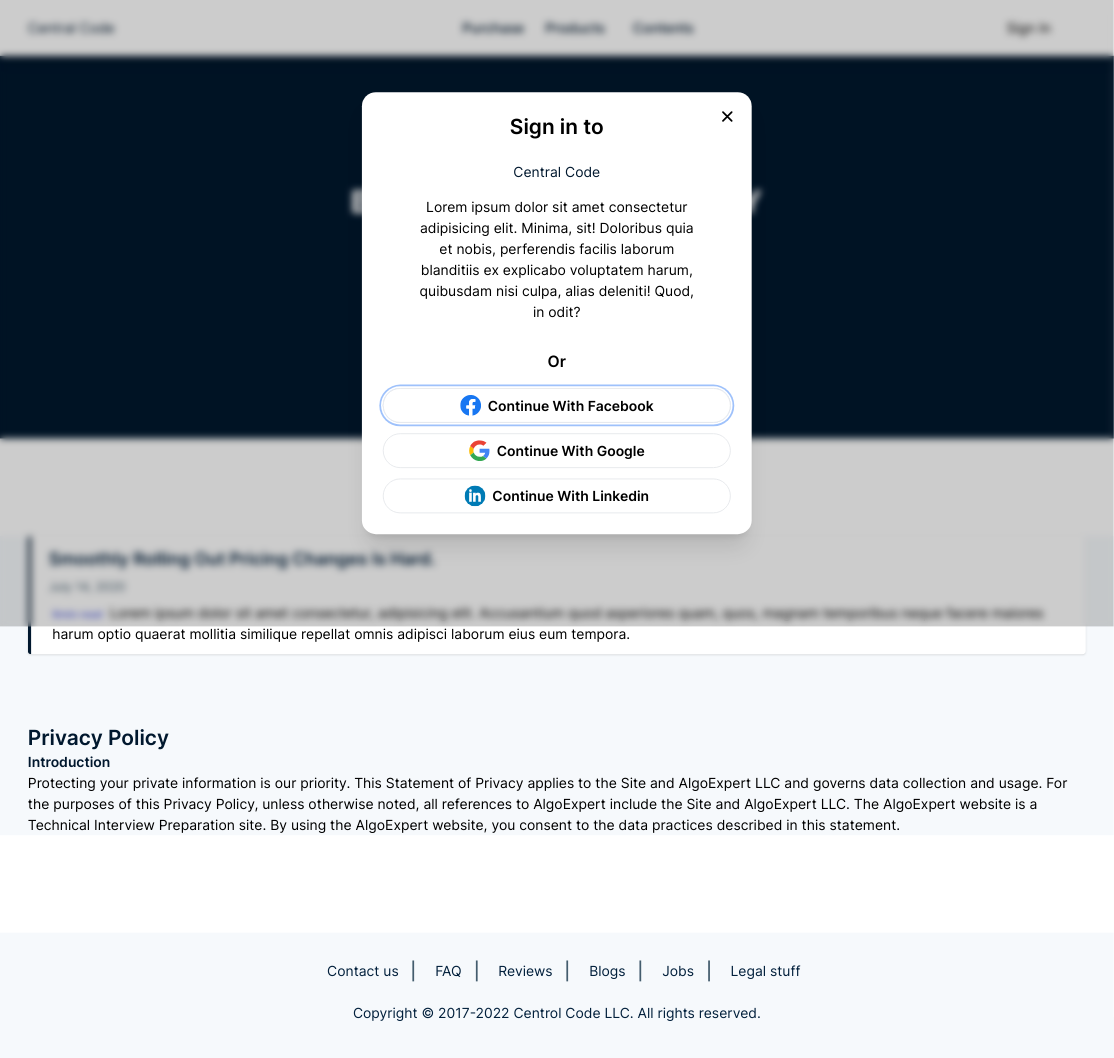
Repository: om1ars/Xjkey
Page: /privacy
An editor plug-in stored every save of this project. The page is shown before and after a run of saves, followed by the edit.
The browser window is 1280 px wide. The pictures show the whole page, at 87% of full size.
The project was rebuilt for these pictures with package versions that can differ from the ones it lists, and the page was loaded fresh each time. The framework's server and built-in components were replaced by stand-ins that run in the browser. Also part of the build but not shown: next.config.js.

Above is the page before, as saved 2022-03-20 23:29:52.

### src/pages/_app.tsx
import "@/css/fonts.css";
// Import Swiper styles
import "swiper/css";
import "swiper/css/free-mode";
import "swiper/css/scrollbar";
import "swiper/css/navigation";
//
import "@/css/main.scss";
import type { AppProps } from "next/app";
import { ThemeProvider } from "next-themes";
import { Header } from "@/components/Header";
import DefaultLayout from "@/layouts/DefaultLayout";
import Head from "next/head";

function MyApp({ Component, pageProps }: AppProps) {
  return (
    <>
      <Head>
        <link
          rel="stylesheet"
          href="https://cdn.jsdelivr.net/gh/devicons/devicon@latest/devicon.min.css"
        />
      </Head>
      <ThemeProvider attribute="class" defaultTheme="system">
        <DefaultLayout>
          <Component {...pageProps} />
        </DefaultLayout>
      </ThemeProvider>
    </>
  );
}

export default MyApp;

### src/pages/_document.tsx
import NextDocument, {
  Html,
  Head,
  Main,
  NextScript,
  DocumentContext,
} from 'next/document';

export default class Document extends NextDocument {
  static async getInitialProps(ctx: DocumentContext) {
    const initialProps = await NextDocument.getInitialProps(ctx);
    return { ...initialProps };
  }

  render() {
    return (
      <Html lang='en' className='dark'>
        <Head>
          <link href='/favicons/site.webmanifest' rel='manifest' />
          <link href='/favicons/favicon.ico' rel='shortcut icon' />
          <link
            href='/favicons/apple-touch-icon.png'
            rel='apple-touch-icon'
            sizes='180x180'
          />
          <link
            href='/favicons/favicon-32x32.png'
            rel='icon'
            sizes='32x32'
            type='image/png'
          />
          <link
            href='/favicons/favicon-16x16.png'
            rel='icon'
            sizes='16x16'
            type='image/png'
          />
          <link
            rel='mask-icon'
            href='/favicons/safari-pinned-tab.svg'
            color='#6366f1'
          />
          <meta content='#ffffff' name='theme-color' />
          <meta content='#ffffff' name='msapplication-TileColor' />
          <meta
            content='/favicons/browserconfig.xml'
            name='msapplication-config'
          />
        </Head>
        <body className='dark:highlight-white/5 bg-neutral-100 text-slate-900 antialiased dark:bg-gray-800 dark:text-white'>
          <Main />
          <NextScript />
        </body>
      </Html>
    );
  }
}

### src/pages/privacy.tsx
import Hero from "@/components/HomeComponents/Hero";
import React from "react";

export default function Privacy() {
  return (
    <div>
      <Hero title="Boring Privacy Policy" subtitle="Because we gotta have it" />

      <main
        className="mx-auto max-w-screen-xl bg-whiteBg px-6 sm:px-8 "
        id="video-explanation"
      >
        <div className="mt-28 mb-28 space-y-20">
          <div className="rounded border-l-4 border-mainBg bg-white py-3 px-5 shadow transition-all hover:-translate-y-1 hover:shadow-lg">
            <div className="flex flex-row items-center justify-between">
              <div>
                <h6 className="text-xl font-semibold  text-textBold">
                  Smoothly Rolling Out Pricing Changes Is Hard.
                </h6>
                <h4 className="mt-2 mb-2  text-left text-sm text-textColor">
                  July 14, 2020
                </h4>
              </div>
              <div></div>
            </div>
            <div className="flex flex-row items-center justify-start text-left">
              <span className="mr-1"></span>
              <p>
                <span className="mr-2 text-xs  font-semibold  text-buttonBg">
                  6min read
                </span>
                <span>
                  Lorem ipsum dolor sit amet consectetur, adipisicing elit.
                  Accusantium quod asperiores quam, quos, magnam temporibus
                  neque facere maiores harum optio quaerat mollitia similique
                  repellat omnis adipisci laborum eius eum tempora.{" "}
                </span>
              </p>
            </div>
          </div>
          <h1 className="text-2xl  font-semibold text-mainBg ">
            Privacy Policy
          </h1>
          <span className="mt-10">
            <span className="text-mainBg  font-semibold ">Introduction</span>
            <p className="">
              Protecting your private information is our priority. This
              Statement of Privacy applies to the Site and AlgoExpert LLC and
              governs data collection and usage. For the purposes of this
              Privacy Policy, unless otherwise noted, all references to
              AlgoExpert include the Site and AlgoExpert LLC. The AlgoExpert
              website is a Technical Interview Preparation site. By using the
              AlgoExpert website, you consent to the data practices described in
              this statement.
            </p>
          </span>
        </div>
      </main>
    </div>
  );
}

### src/css/fonts.css
@font-face {
  font-family: "Inter var";
  font-weight: 100 900;
  font-display: swap;
  font-style: normal;
  font-named-instance: "Regular";
  src: url("../fonts/Inter-roman-latin.var.woff2") format("woff2");
}

@font-face {
  font-family: "Inter var";
  font-weight: 100 900;
  font-display: swap;
  font-style: italic;
  font-named-instance: "Italic";
  src: url("../fonts/Inter-italic-latin.var.woff2") format("woff2");
}

### src/css/main.scss
@tailwind base;
@tailwind components;
@tailwind utilities;
@import "./flip-card.scss";
@import "node_modules/react-modal-video/scss/modal-video.scss";

@layer base {
  .dark {
    color-scheme: dark;
  }
}

/* styling Swiper default navigations elements */
.swiper-button-next {
  background-color: theme("colors.white");
  height: 40px;
  width: 40px;
  border-radius: 100px;
  box-shadow: theme("boxShadow.lg");
  transition: all;
  transition-duration: 150ms;
}

html.dark .swiper-button-next {
  background-color: theme("colors.mainBg");
}

.swiper-button-next:hover {
  background-color: theme("colors.mainBg");
}

html.dark .swiper-button-next:hover {
  background-color: theme("colors.mainBg");
}

.swiper-button-next::after {
  color: black;
  font-size: 1rem;
  font-weight: bold;
}
html.dark .swiper-button-next::after {
  color: theme("colors.white");
}

.swiper-button-prev {
  background-color: theme("colors.white");
  height: 40px;
  width: 40px;
  border-radius: 100px;
  box-shadow: theme("boxShadow.lg");
  transition: all;
  transition-duration: 150ms;
}

html.dark .swiper-button-prev {
  background-color: theme("colors.mainBg");
}

.swiper-button-prev:hover {
  background-color: theme("colors.mainBg");
}

html.dark .swiper-button-prev:hover {
  background-color: theme("colors.mainBg");
}

.swiper-button-prev::after {
  color: black;
  font-size: 1rem;
  font-weight: bold;
}
html.dark .swiper-button-prev::after {
  color: theme("colors.white");
}

html.dark .swiper-scrollbar {
  background: rgb(255, 255, 255, 0.2);
}
html.dark .swiper-scrollbar-drag {
  background: rgb(255, 255, 255, 0.6);
}
/* end of styling Swiper default navigations elements */

.front_main_drop:hover .front_sub_drop {
  display: block;
}
.back_main_drop:hover .back_sub_drop {
  display: block;
}

::-webkit-scrollbar {
  width: 4px;
}

/* Handle */
::-webkit-scrollbar-thumb {
  background: #626ee3;
  border-radius: 6px;
}

/* Handle on hover */
::-webkit-scrollbar-thumb:hover {
  background: #535DC5;
}

### src/layouts/DefaultLayout.tsx
import Footer from "@/components/Footer";
import { Header } from "@/components/Header";
import React, { FC } from "react";

export default function DefaultLayout({ children }: any) {
  return (
    <div>
      <Header />
      <main>{children}</main>
      <Footer />
    </div>
  );
}

### src/components/HomeComponents/Hero.tsx
import React, { useEffect, useState } from "react";
import Image from "next/image";
import { Transition } from "@headlessui/react";
import { Button, IconButton } from "../Button";

const Hero = ({ title, subtitle }: any) => {
  const [showBanner, setShowBanner] = useState(true);
  return (
    <>
      <div className="relative h-[640px] w-full bg-mainBg text-white sm:h-[55vh] md:h-[440px]">
        {/* <Image
          src="/img/corporate.jpg"
          alt="corporate"
          layout="fill"
          objectFit="cover"
        /> */}
        <div className="absolute inset-0 bg-neutral-900/70">
          <div className="mx-auto max-w-screen-lg">
            <div className="m-6 min-h-[60px]">

            </div>
            <div className="mx-4  mt-16 flex flex-col items-center text-center">
              <h1 className="text-xl font-extrabold uppercase tracking-wide text-white sm:text-4xl md:text-3xl lg:text-4xl">
                {title}
              </h1>
              <span className="mt-6 text-xl text-white sm:text-2xl">
                {subtitle}
              </span>

              <div className="mt-8">
                {/* <SearchForm /> */}
              </div>
            </div>
          </div>
        </div>
      </div>
      {/* <HeroBottomCard /> */}
    </>
  );
};

export default Hero;

const HeroInnerBanner: React.FC<{ show: boolean; onClose: () => void }> = ({
  show,
  onClose,
}) => {
  return (
    <Transition
      show={show}
      enter="transition-opacity duration-75"
      enterFrom="opacity-0"
      enterTo="opacity-100"
      leave="transition-opacity duration-150"
      leaveFrom="opacity-100"
      leaveTo="opacity-0"
    >
      <div className="relative rounded bg-gradient-to-r from-purple-500 to-indigo-800 py-3 px-8 text-center text-white shadow-lg md:rounded-full">
        <p>
          Welcome to <span className="font-bold">HIREDLi</span>. An easier and
          faster job discovery platform.
        </p>
        <span className="absolute top-1 right-1 sm:top-2 sm:right-2">
          <IconButton
            aria-label="close banner"
            variant="ghost"
            size="sm"
            onClick={onClose}
          >
            <svg
              className="h-6 w-6"
              fill="none"
              viewBox="0 0 24 24"
              stroke="currentColor"
            >
              <path
                strokeLinecap="round"
                strokeLinejoin="round"
                strokeWidth={2}
                d="M6 18L18 6M6 6l12 12"
              />
            </svg>
          </IconButton>
        </span>
      </div>
    </Transition>
  );
};

const items = [
  "Algorithms adn DSA",
  "Advanced React.js",
  "Interview questions",
];

const SearchForm = () => {
  const [query, setQuery] = useState("");
  const [isDirty, setIsDirty] = useState(false);

  useEffect(() => {
    let index = 0;
    let interval = setInterval(() => {
      if (!isDirty) {
        let value = items[index >= items.length ? (index = 0) : index];
        setQuery(value);
      }
      index++;
    }, 2000);

    return () => {
      clearInterval(interval);
    };
  }, [isDirty]);

  return (
    <form
      className="group"
      onSubmit={(e) => {
        e.preventDefault();
      }}
    >
      <div
        id="form-control"
        className="flex items-center overflow-hidden rounded-full bg-white shadow-md group-focus-within:ring-2 group-focus-within:ring-indigo-400 group-focus-within:ring-offset-2 group-focus-within:ring-offset-transparent"
      >
        <span className="pointer-events-none block px-2 text-textBold group-focus-within:text-textBold">
          <svg
            className="h-6 w-6"
            fill="none"
            viewBox="0 0 24 24"
            stroke="currentColor"
          >
            <path
              strokeLinecap="round"
              strokeLinejoin="round"
              strokeWidth={2}
              d="M21 21l-6-6m2-5a7 7 0 11-14 0 7 7 0 0114 0z"
            />
          </svg>
        </span>
        <input
          className="w-full outline-none border-none appearance-none border-transparent p-2 text-xl leading-6 text-textBold placeholder-textBold focus:border-transparent focus:ring-0"
          type="text"
          aria-label="Search input"
          placeholder="Search for anything"
          onClick={() => {
            if (!isDirty) {
              setIsDirty(true);
              setQuery("");
            }
          }}
          value={query}
          onChange={(e) => setQuery(e.target.value)}
        />
        <button
          type="submit"
          className="hidden h-11 shrink-0  bg-buttonBg px-2 font-semibold text-white transition-colors duration-500 ease-in-out hover:bg-buttonHover sm:block"
        >
          Discover Now
        </button>
      </div>
      <Button size="lg" type="submit" className="mt-8 sm:hidden">
        Discover Now
      </Button>
    </form>
  );
};

### src/css/flip-card.scss
.algo_flip_card_container {
  width: 100%;
  padding: 40px;
  height: 100%;
  background: #02203c;
  //   display: flex;
  justify-content: center;
  align-items: center;
}
.services-box {
  display: flex;
  justify-content: center;
  align-items: center;
  flex-wrap: wrap;
}

.service {
  margin: 8px;
}

.flip-box {
  background-color: transparent;
  width: 300px;
  height: 200px;
  //   border: 1px solid #15314b;
  border-radius: 10px;
  perspective: 1000px;
}

.flip-box-inner {
  position: relative;
  width: 100%;
  height: 100%;
  text-align: center;
  transition: transform 0.4s;
  transform-style: preserve-3d;

  display: flex;
  justify-content: center;
  align-items: center;
}

.flip-box:hover .flip-box-inner {
  transform: rotateY(180deg);
}

.flip-box-front,
.flip-box-back {
  position: absolute;
  width: 100%;
  height: 100%;
  -webkit-backface-visibility: hidden;
  backface-visibility: hidden;

  display: flex;
  justify-content: center;
  align-items: center;
  flex-direction: column;
}

.flip-box-front {
  background-color: #15314b;
  color: white;
  border-radius: 4px;
}

.flip-box-front img {
  height: 50px;
  width: 50px;
}

.flip-box-back {
  background-color: #15314b;
  color: white;
  transform: rotateY(180deg);
  border-radius: 4px;
  padding: 16px;
}

### src/components/Footer.tsx
import Link from "next/link";
import React from "react";

export default function Footer() {
  return (
    <div>
      <div className="mt-10 flex flex-col items-center justify-center bg-whiteBg pl-48 pr-48 pt-8 pb-10 text-textBold">
        <div className="sm:flex sm:flex-wrap md:flex md:flex-wrap lg:flex ">
          <div className="ml-4 flex ">
            <span className="mr-2 ml-2">
              <Link href="/help">Contact us</Link>
            </span>
            <div className=" ml-2 w-0.5 bg-textColor"></div>
          </div>
          <div className="ml-4 flex ">
            <span className="mr-2 ml-2">
              <Link href="/help">FAQ</Link>
            </span>
            <div className=" ml-2 w-0.5 bg-textColor"></div>
          </div>
          <div className="ml-4 flex ">
            <span className="mr-2 ml-2">Reviews</span>
            <div className=" ml-2 w-0.5 bg-textColor"></div>
          </div>
          <div className="ml-4 flex ">
            <span className="mr-2 ml-2">
              <Link href="/blog">Blogs</Link>
            </span>
            <div className=" ml-2 w-0.5 bg-textColor"></div>
          </div>
          <div className="ml-4 flex ">
            <span className="mr-2 ml-2">Jobs</span>
            <div className=" ml-2 w-0.5 bg-textColor"></div>
          </div>
          <div className="ml-4 flex ">
            <span className="mr-2 ml-2 ">
              <Link href="/privacy">Legal stuff</Link>
            </span>
          </div>
        </div>
        <div className="mt-6">
          <span>
            Copyright © 2017-2022 Centrol Code LLC. All rights reserved.
          </span>
        </div>
      </div>
    </div>
  );
}

### src/components/Button/index.tsx
import React, { forwardRef } from "react";
import { __DEV__ } from "@/utils/assertions";

type BaseButtonProps = Omit<React.HTMLProps<HTMLButtonElement>, "size">;

/* === Button Element === */

export interface ButtonProps extends BaseButtonProps {
  children: React.ReactNode;
  fullWidth?: boolean;
  className?: string;
  variant?: "solid" | "outline" | "ghost";
  size?: "sm" | "md" | "lg";
  as?: string;
  isExternal?: boolean;
  type?: "button" | "submit" | "reset";
}

export const Button = forwardRef<HTMLButtonElement, ButtonProps>(
  (
    {
      children,
      variant = "solid",
      size = "md",
      fullWidth = false,
      className,
      as = "button",
      isExternal = false,
      ...rest
    },
    ref
  ) => {
    let tempClassNames: string[] = [];

    const sharedClasses = [
      "capitalize",
      "focus:outline-none",
      "focus:ring-2",
      "focus:ring-sky-400",
      "focus:ring-offset-2",
      "focus:ring-offset-sky-50",
      "font-semibold",
      "rounded-full",
      "inline-flex",
      "flex-shrink-0",
      "items-center",
      "justify-center",
      "transition-colors",
      "ease-in-out",
      "duration-500",
    ];

    if (fullWidth) sharedClasses.push("w-full");

    // handle variants
    let btnSolid = ["bg-sky-600", "hover:bg-sky-700", "text-white"];
    let btnOutline = [
      "dark:text-white",
      "hover:text-sky-700",
      "hover:dark:text-sky-700",
      "bg-transparent",
      "hover:bg-sky-50",
      "border",
      "border-sky-600",
    ];
    let btnGhost = [
      "bg-transparent",
      "dark:text-white",
      "hover:bg-sky-50",
      "hover:text-sky-700",
      "hover:dark:text-sky-700",
    ];

    if (variant === "solid") {
      tempClassNames = [...sharedClasses, ...btnSolid];
    } else if (variant === "outline") {
      tempClassNames = [...sharedClasses, ...btnOutline];
    } else if (variant === "ghost") {
      tempClassNames = [...sharedClasses, ...btnGhost];
    }

    // handle sizes
    let sizeSm = ["h-8", "px-2", "text-sm"];
    let sizeMd = ["h-10", "px-3"];
    let sizeLg = ["h-12", "px-4", "text-lg"];

    if (size === "sm") {
      tempClassNames = [...tempClassNames, ...sizeSm];
    } else if (size === "md") {
      tempClassNames = [...tempClassNames, ...sizeMd];
    } else if (size === "lg") {
      tempClassNames = [...tempClassNames, ...sizeLg];
    }

    let classes = tempClassNames.join(" ");

    let Element = as ? (
      React.createElement(
        as,
        {
          className: `${classes} ${className}`,
          target: isExternal ? "_blank" : undefined,
          rel: isExternal ? "noopener noreferrer" : undefined,
          ref,
          ...rest,
        },
        children
      )
    ) : (
      <button {...rest} className={`${classes} ${className}`} ref={ref}>
        {children}
      </button>
    );

    return Element;
  }
);

if (__DEV__) {
  Button.displayName = "Button";
}

/* === IconButton Element === */

export interface IconButtonProps extends ButtonProps {
  icon?: React.ReactElement;
  "aria-label": string;
}

export const IconButton = forwardRef<HTMLButtonElement, IconButtonProps>(
  (
    {
      children,
      icon,
      className,
      "aria-label": ariaLabel,
      size = "md",
      ...rest
    },
    ref
  ) => {
    let sharedClasses = ["rounded-full", "!px-0"];

    // handle sizes
    let sizeSm = ["w-8"];
    let sizeMd = ["w-10"];
    let sizeLg = ["w-12"];

    if (size === "sm") {
      sharedClasses = [...sharedClasses, ...sizeSm];
    } else if (size === "md") {
      sharedClasses = [...sharedClasses, ...sizeMd];
    } else if (size === "lg") {
      sharedClasses = [...sharedClasses, ...sizeLg];
    }

    /**
     * Passing the icon as prop or children should work
     */
    const element = icon || children;
    const _children = React.isValidElement(element)
      ? React.cloneElement(element as any, {
          "aria-hidden": true,
          focusable: false,
        })
      : null;

    let classes = sharedClasses.join(" ");
    return (
      <Button
      className={`${classes} ${className}`}
        aria-label={ariaLabel}
        size={size}
        {...rest}
        ref={ref}
      >
        {_children}
      </Button>
    );
  }
);

if (__DEV__) {
  IconButton.displayName = "IconButton";
}

### src/components/Logo.tsx
import clsx from "clsx";
import React from "react";

export default function Logo() {
  return (
    <span
      className='text-mainBg'
    >
      Central Code
    </span>
  );
}

### src/utils/assertions.ts
export const __DEV__ = process.env.NODE_ENV !== "production";

Loaded but not shown: tailwind.config.js (40 lines, source omitted); src/components/Header.tsx (386 lines, source omitted); src/components/HomeComponents/AuthenticationDialog.tsx (206 lines, source omitted); src/components/ThemeToggle.tsx (220 lines, source omitted)

After the next 2 saves:
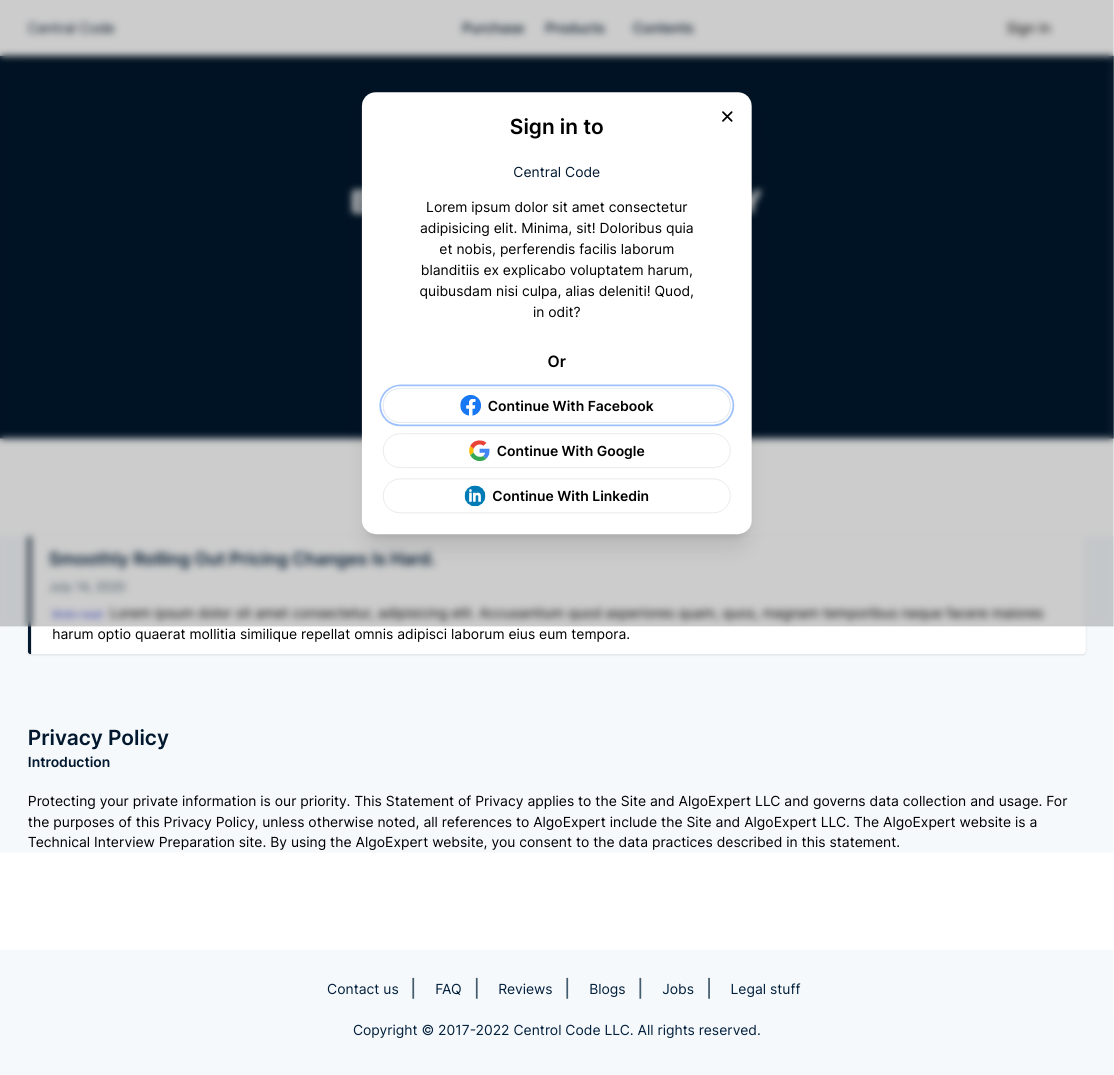
The 2 saves are shown as one change because they came seconds apart.
The last was saved 8 s later.
--- a/src/pages/privacy.tsx
+++ b/src/pages/privacy.tsx
@@ -41,9 +41,9 @@ export default function Privacy() {
           <h1 className="text-2xl  font-semibold text-mainBg ">
             Privacy Policy
           </h1>
-          <span className="mt-10">
+          <span className="mt-">
             <span className="text-mainBg  font-semibold ">Introduction</span>
-            <p className="">
+            <p className="mt-5 text">
               Protecting your private information is our priority. This
               Statement of Privacy applies to the Site and AlgoExpert LLC and
               governs data collection and usage. For the purposes of this
